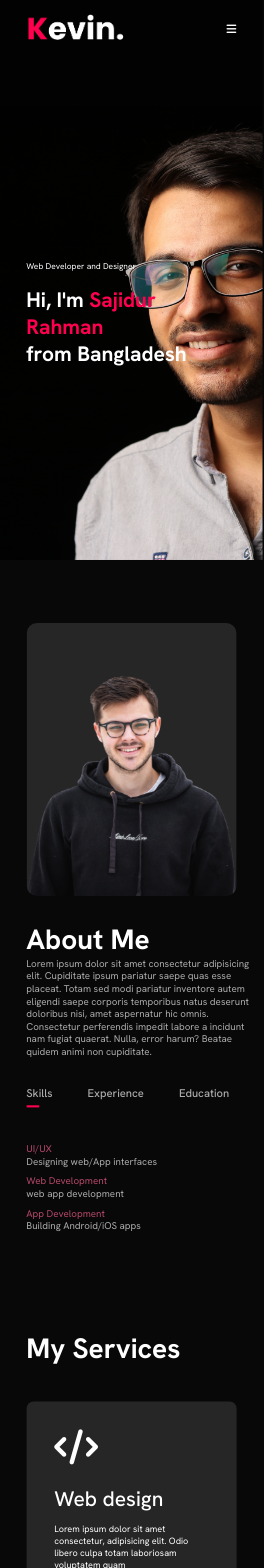
Repository: devsajid/Portfolio-website-with-HTML-CSS-JS
Page: index.html
These files come from the project's save history. The page is drawn as it stood at one moment and after a run of saves; the edit follows.
The browser window is 375 px wide. The page is 377 px wide, then 375 px, so the pictures cover 377 px, including what lies to the right of the window. The pictures show the part of the page from y = 0 to 2240 px (the page is 5741 px tall before and 5759 px after), at 70% of full size.

Above is the page before, as saved 2022-12-28 21:54:54.

### index.html
<!DOCTYPE html>
<html lang="en">
  <head>
    <meta charset="UTF-8" />
    <meta http-equiv="X-UA-Compatible" content="IE=edge" />
    <meta name="viewport" content="width=device-width, initial-scale=1.0" />
    <link rel="stylesheet" href="style.css" />
    <title>My Portfolio Website</title>
    <!-- font -->
    <link rel="preconnect" href="https://fonts.googleapis.com" />
    <link rel="preconnect" href="https://fonts.gstatic.com" crossorigin />
    <link
      href="https://fonts.googleapis.com/css2?family=Hanken+Grotesk:wght@400;500;700&display=swap"
      rel="stylesheet"
    />
    <!-- font-awesome -->
    <link
      rel="stylesheet"
      href="https://cdnjs.cloudflare.com/ajax/libs/font-awesome/6.2.1/css/all.min.css"
      integrity="sha512-MV7K8+y+gLIBoVD59lQIYicR65iaqukzvf/nwasF0nqhPay5w/9lJmVM2hMDcnK1OnMGCdVK+iQrJ7lzPJQd1w=="
      crossorigin="anonymous"
      referrerpolicy="no-referrer"
    />
  </head>
  <body>
    <div id="header">
      <div class="container">
        <nav>
          <img src="images/logo.png" class="logo" alt="logo" />
          <ul id="side-icon">
            <li><a href="#" class="nav-link nav-link-ltr"> Home</a></li>
            <li><a href="#" class="nav-link nav-link-ltr"> About</a></li>
            <li><a href="#" class="nav-link nav-link-ltr"> Services</a></li>
            <li><a href="#" class="nav-link nav-link-ltr"> Portfolio</a></li>
            <li><a href="#" class="nav-link nav-link-ltr"> Contact</a></li>
            <i class="fas fa-times"onclick="closemenu()"></i>
          </ul>
          <i class="fa-solid fa-bars"onclick="openmenu()"></i>
        </nav>
        <div class="header-text">
          <p>Web Developer and Designer</p>
          <h1>
            Hi, I'm <span> Sajidur Rahman</span> <br />
            from Bangladesh
          </h1>
        </div>
      </div>
    </div>
    <!-- About section -->
    <div id="about">
      <div class="container">
        <div class="row">
          <div class="about-col-1">
            <img src="images/user.png" alt="user" />
          </div>
          <div class="about-col-2">
            <h2 class="sub-title">About Me</h2>
            <p>
              Lorem ipsum dolor sit amet consectetur adipisicing elit.
              Cupiditate ipsum pariatur saepe quas esse placeat. Totam sed modi
              pariatur inventore autem eligendi saepe corporis temporibus natus
              deserunt doloribus nisi, amet aspernatur hic omnis. Consectetur
              perferendis impedit labore a incidunt nam fugiat quaerat. Nulla,
              error harum? Beatae quidem animi non cupiditate.
            </p>
            <div class="tab-titles">
              <p
                class="tab-links tab-links-ltr active-link"
                onclick="opentab('skills')"
              >
                Skills
              </p>
              <p
                class="tab-links tab-links-ltr"
                onclick="opentab('experience')"
              >
                Experience
              </p>
              <p class="tab-links tab-links-ltr" onclick="opentab('education')">
                Education
              </p>
            </div>
            <div class="tab-contents active-tab" id="skills">
              <ul>
                <li><span>UI/UX</span><br />Designing web/App interfaces</li>
                <li><span>Web Development</span><br />web app development</li>
                <li>
                  <span>App Development</span><br />Building Android/iOS apps
                </li>
              </ul>
            </div>
            <div class="tab-contents" id="experience">
              <ul>
                <li>
                  <span>2021 - Current</span><br />UI/UX Design Training at ET
                  Institute
                </li>
                <li><span>2019-2021</span><br />Team lead at Start App LLC.</li>
                <li>
                  <span>2016-2017</span><br />Intership at ekart eCommerce
                </li>
              </ul>
            </div>
            <div class="tab-contents" id="education">
              <ul>
                <li><span>2016</span><br />Designing web/App interfaces</li>
                <li><span>2014</span><br />MBA from MIT Banglore</li>
                <li><span>2012</span><br />BBA from ISM Banglore</li>
              </ul>
            </div>
          </div>
        </div>
      </div>
    </div>
    <!-- Services section -->
    <div id="services">
      <div class="container">
        <h2 class="sub-title">My Services</h2>
        <div class="services-list">
          <div>
            <i class="fa-solid fa-code"></i>
            <h2>Web design</h2>
            <p>
              Lorem ipsum dolor sit amet consectetur, adipisicing elit. Odio
              libero culpa totam laboriosam voluptatem quam
            </p>
            <a href="#">Learn more</a>
          </div>
          <div>
            <i class="fa-solid fa-crop"></i>
            <h2>UI/UX design</h2>
            <p>
              Lorem ipsum dolor sit amet consectetur, adipisicing elit. Odio
              libero culpa totam laboriosam voluptatem quam
            </p>
            <a href="#">Learn more</a>
          </div>
          <div>
            <i class="fa-brands fa-app-store"></i>
            <h2>App design</h2>
            <p>
              Lorem ipsum dolor sit amet consectetur, adipisicing elit. Odio
              libero culpa totam laboriosam voluptatem quam
            </p>
            <a href="#">Learn more</a>
          </div>
        </div>
      </div>
    </div>
    <!-- Portfolio section -->
    <div id="portfolio">
      <div class="container">
        <h1 class="sub-title">My work</h1>
        <div class="work-list">
          <div class="work">
            <img src="images/work-1.png" alt="mywork" />
            <div class="layer">
              <h3>Music App</h3>
              <p>
                Lorem ipsum dolor sit amet consectetur adipisicing elit. Culpa
              </p>
              <a href="#"><i class="fa-solid fa-up-right-from-square"></i></a>
            </div>
          </div>
          <div class="work">
            <img src="images/work-2.png" alt="mywork" />
            <div class="layer">
              <h3>Online Shoping App</h3>
              <p>
                Lorem ipsum dolor sit amet consectetur adipisicing elit. Culpa
              </p>
              <a href="#"><i class="fa-solid fa-up-right-from-square"></i></a>
            </div>
          </div>
          <div class="work">
            <img src="images/work-3.png" alt="mywork" />
            <div class="layer">
              <h3>Social Media App</h3>
              <p>
                Lorem ipsum dolor sit amet consectetur adipisicing elit. Culpa
              </p>
              <a href="#"><i class="fa-solid fa-up-right-from-square"></i></a>
            </div>
          </div>
        </div>
        <a href="#" class="btn">See more</a>
      </div>
    </div>
    <!-- Contact Section -->
    <div id="contact">
      <div class="container">
        <div class="row">
          <div class="contact-left">
            <h2 class="sub-title">Contact me</h2>
            <p>
              <i class="fa-solid fa-paper-plane"></i>sajidhasan164@gmail.com
            </p>
            <p><i class="fa-solid fa-square-phone"></i>01878922322</p>
            <div class="socil-icons">
              <a href="https://www.facebook.com/profile.php?id=100069360127548"
                ><i class="fa-brands fa-facebook"></i></a
              ><a href="https://www.linkedin.com/in/mdsohaghasan/"
                ><i class="fa-brands fa-linkedin"></i> </a
              ><a href="https://twitter.com/devsajidhasan"
                ><i class="fa-brands fa-twitter"></i></a
              ><a href="https://github.com/devsajid"
                ><i class="fa-brands fa-github"></i
              ></a>
            </div>
            <a href="images/myCV.pdf" download class="btn btn2">Download CV</a>
          </div>

          <div class="contact-right">
            <form>
              <input
                type="text"
                name="Name"
                placeholder="Your Name"
                required
              /><input
                type="email"
                name="email"
                placeholder="Your Email"
                required
              /><textarea
                name="Message"
                rows="6"
                placeholder="Your Message"
                required
              ></textarea
              ><button type="submit" class="btn btn2">Submit</button>
            </form>
          </div>
        </div>
      </div>
      <div class="copyright"><p>copyright 2022 &#169 devsajidhasan. Made with<i class="fa-solid fa-heart"></i> by easy heart</p></div>
    </div>
    <!-- javascript -->
    <script>
      var tablinks = document.getElementsByClassName("tab-links");
      var tabcontents = document.getElementsByClassName("tab-contents");

      function opentab(tabname) {
        for (tablink of tablinks) {
          tablink.classList.remove("active-link");
        }
        for (tabcontent of tabcontents) {
          tabcontent.classList.remove("active-tab");
        }
        event.currentTarget.classList.add("active-link");
        document.getElementById(tabname).classList.add("active-tab");
      }
    </script>
    <script>
      var sideicon=document.getElementById("side-icon")
      function openmenu(){
        sideicon.style.right="0"
      }
      function closemenu(){
        sideicon.style.right="-200px"
      }
    </script>
  </body>
</html>

### style.css
* {
  margin: 0;
  padding: 0;
  font-family: "Hanken Grotesk", sans-serif;
  box-sizing: border-box;
}
body {
  background: #080808;
  color: #fff;
}
#header {
  width: 100%;
  height: 100vh;
  background-image: url(images/background.png);
  background-size: cover;
  background-position: center;
}
.container {
  padding: 10px 10%;
}
nav {
  display: flex;
  align-items: center;
  justify-content: space-between;
  flex-wrap: wrap;
}
.logo {
  width: 140px;
}
nav ul li {
  display: inline-block;
  list-style: none;
  margin: 10px 20px;
}
.nav-link {
  font-weight: bold;
  font-size: 14px;
  text-transform: uppercase;
  text-decoration: none;
  color: #fff;
  padding: 20px 0px;
  display: inline-block;
  position: relative;
  opacity: 0.75;
}

.nav-link:hover {
  opacity: 1;
}

.nav-link::before {
  transition: 300ms;
  height: 3px;
  content: "";
  position: absolute;
  background-color: #ff004f;
}

.nav-link-ltr::before {
  width: 0%;
  bottom: 10px;
}

.nav-link-ltr:hover::before {
  width: 100%;
}
.header-text {
  margin-top: 20%;
  font-size: 30px;
}
.header-text h1 {
  font-size: 60px;
  margin-top: 20px;
}
.header-text h1 span {
  color: #ff004f;
}
/* About section */
#about {
  padding: 80px 0px;
  color: #ababab;
}
.row {
  display: flex;
  justify-content: space-between;
  flex-wrap: wrap;
}
.about-col-1 {
  flex-basis: 35%;
}
.about-col-1 img {
  width: 100%;
  border-radius: 15px;
}
.about-col-2 {
  flex-basis: 60%;
}
.sub-title {
  font-size: 60px;
  font-weight: 600;
  color: #fff;
}
.tab-titles {
  display: flex;
  margin: 20px 0 40px;
}
.tab-links {
  margin-right: 50px;
  font-size: 18px;
  font-weight: 500;
  cursor: pointer;
  padding: 20px 0px;
  position: relative;
}
.tab-links:hover {
  opacity: 1;
}

.tab-links::before {
  height: 3px;
  content: "";
  position: absolute;
  background-color: #ff004f;
  transition: 3000ms;
}

.tab-links-ltr.active-link::before {
  width: 50%;
  bottom: 10px;
}

.tab-contents ul li {
  list-style: none;
  margin: 10px 0;
}
.tab-contents ul li span {
  color: #b54769;
  font-size: 14px;
}
.tab-contents {
  display: none;
}
.tab-contents.active-tab {
  display: block;
}
/* services */
#services {
  padding: 30px 0;
}
.services-list {
  display: grid;
  grid-template-columns: repeat(auto-fit, minmax(250px, 1fr));
  grid-gap: 40px;
  margin-top: 50px;
}
.services-list div {
  background: #262626;
  padding: 40px;
  font-size: 13px;
  font-weight: 300;
  border-radius: 10px;
  transition: background 0.5s, transform 0.5s;
}
.services-list div i {
  font-size: 50px;
  margin-bottom: 30px;
}
.services-list div h2 {
  font-size: 30px;
  font-weight: 500;
  margin-bottom: 15px;
}
.services-list div a {
  text-decoration: none;
  color: #fff;
  font-size: 12px;
  margin-top: 20px;
  display: inline-block;
}
.services-list div:hover {
  background: #ff004f;
  transform: translateY(-10px);
}
/* Portfolio */
#portfolio {
  padding: 50px 0;
}
.work-list {
  display: grid;
  grid-template-columns: repeat(auto-fit, minmax(250px, 1fr));
  grid-gap: 40px;
  margin-top: 50px;
}
.work {
  border-radius: 10px;
  position: relative;
  overflow: hidden;
}
.work img {
  width: 100%;
  border: 10px;
  display: block;
  transition: transform 0.5s;
}
.layer {
  width: 100%;
  height: 0;
  background: linear-gradient(rgba(0, 0, 0, 0.6), #ff004f);
  border-radius: 10px;
  position: absolute;
  left: 0;
  bottom: 0;
  overflow: hidden;
  display: flex;
  align-items: center;
  flex-direction: column;
  justify-content: center;
  padding: 0 40px;
  text-align: center;
  font-size: 13px;
  transition: height 0.5s;
}
.layer h3 {
  font-weight: 500;
  margin-bottom: 200;
}
.layer a {
  margin: 20px;
  color: #ff004f;
  text-decoration: none;
  font-size: 17px;
  line-height: 40px;
  width: 40px;
  height: 40px;
  border-radius: 50%;
  text-align: center;
  background: #fff;
}
.work:hover img {
  transform: scale(1.1);
}
.work:hover .layer {
  height: 100%;
}
.btn {
  display: block;
  margin: 50px auto;
  width: fit-content;
  border: 1px solid #ff004f;
  padding: 14px 50px;
  brder-radius: 6px;
  text-decoration: none;
  color: #fff;
  transition: background 0.5s;
}
.btn:hover {
  background: #ff004f;
}
/* Contact Section */
.contact-left {
  flex-basis: 35%;
}
.contact-right {
  flex-basis: 60%;
}
.contact-left p {
  margin-top: 30px;
}
.contact-left p i {
  color: #ff004f;
  margin-right: 15px;
  font-size: 25px;
}
.socil-icons {
  margin-top: 30px;
}
.socil-icons a {
  text-decoration: none;
  font-size: 30px;
  margin-right: 15px;
  color: #ababab;
  display: inline-block;
  transition: transform 0.5s;
}
.socil-icons a:hover {
  color: #ff004f;
  transform: translateY(-5px);
}
.btn.btn2 {
  display: inline-block;
  background: #ff004f;
}
.contact-rught form {
  widt: 100%;
}
form input,
form textarea {
  width: 100%;
  border: 0;
  outline: none;
  background: #262626;
  padding: 15px;
  margin: 15px 0;
  color: #fff;
  font-size: 18px;
  border-radius: 6px;
}
form .btn2 {
  padding: 14px 60px;
  font-size: 18px;
  margin-top: 20px;
  cursor: pointer;
}
.copyright {
  width: 100%;
  text-align: center;
  padding: 25px 0;
  background: #262626;
  font-weight: 300;
  margin-top: 20px;
}
.copyright i {
  color: #ff004f;
}
/* css for small screens */
nav .fas {
  display: none;
}
@media only screen and (max-width: 600px) {
  #header {
    background-image: url(images/phone-background.png);
  }
  .header-text {
    margin-top: 100%;
    font-size: 16px;
  }
  .header-text h1 {
    font-size: 30px;
  }
  .header-text p {
    font-size: 12px;
  }
  nav .fas {
    display: block;
    font-size: 25px;
  }
  nav ul {
    background: #ff004f;
    position: fixed;
    top: 0;
    right: -200px;
    width: 200x;
    height: 100vh;
    padding-top: 50px;
    z-index: 2;
    transition: right 0.5s;
  }
  nav ul li {
    display: block;
    margin: 25p;
  }
  nav ul .fas {
    position: absolute;
    top: 25px;
    left: 25px;
    cursor: pointer;
  }
  .sub-title {
    font-size: 40px;
  }
  .about-col-1,
  .about-col-2 {
    flex-basis: 100%;
  }
  .about-col-1 {
    margin-bottom: 30px;
  }
  .about-col-2 {
    font-size: 14px;
  }
  .tab-links {
    font-size: 16px;
    margin-right: ;
  }
}

After the next 2 saves:
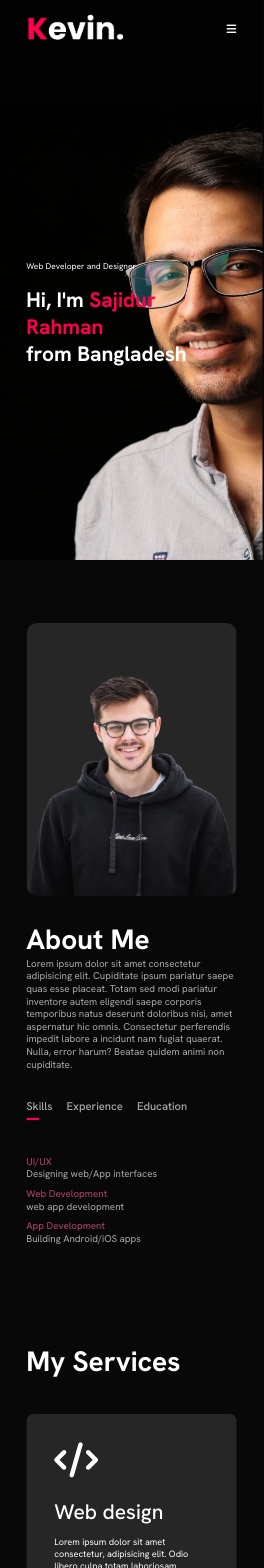
The 2 saves are shown as one change because they came seconds apart.
The last was saved 6 s later.
--- a/style.css
+++ b/style.css
@@ -380,6 +380,6 @@ nav .fas {
   }
   .tab-links {
     font-size: 16px;
-    margin-right: ;
-  }
-}
+    margin-right: 20px;
+  }
+}
